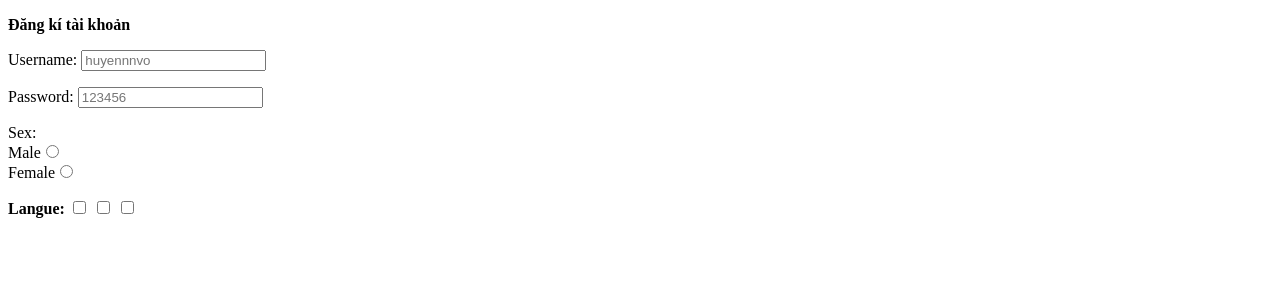
Repository: huyennvo/ptcudw
Page: lesson2/form.html
The author's editor kept a copy of each file at every save. The page is drawn from the files as they stood at one save, then again after the next save.
The browser window is 1280 px wide. The pictures show the whole page.

Above is the page before, as saved 2022-08-08 09:29:11.

After the next save:
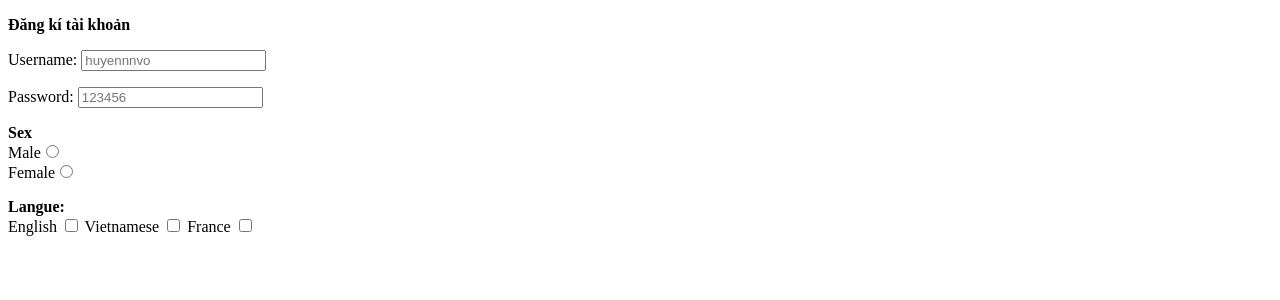
Saved 32 s later.
--- a/lesson2/form.html
+++ b/lesson2/form.html
@@ -15,8 +15,7 @@
         Password: <input type="password" name="password" value="" placeholder="123456">
     </p>
     <p>
-        <b></b>
-        Sex:
+        <b>Sex</b>
         <br>
         Male<input type="radio" name="sex" id="" value="Male">
         <br>
@@ -24,9 +23,12 @@
     </p>
     <p>
         <b>Langue: </b>
-
+        <br>
+        English
         <input type="checkbox" name="langue" id="" value="English">
+        Vietnamese
         <input type="checkbox" name="langue" id="" value="Vietnamese">
+        France
         <input type="checkbox" name="langue" id="" value="France">
     </p>
 </body>
